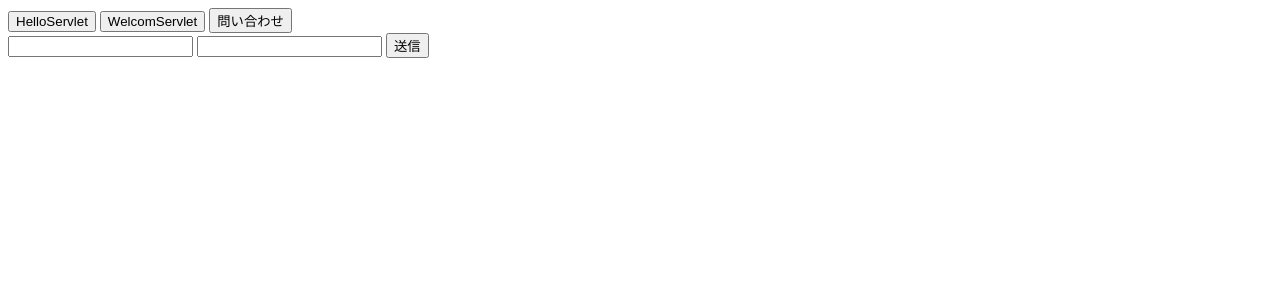
Repository: cha-git/test
Page: http://localhost/HelloServlet/
The author's editor kept a copy of each file at every save. The page is drawn from the files as they stood at one save, then again after the next save.
The browser window is 1280 px wide. The pictures show the whole page.
The page is served by Tomcat 9.

Above is the page before, as saved 2018-12-05 11:13:46.

After the next save:
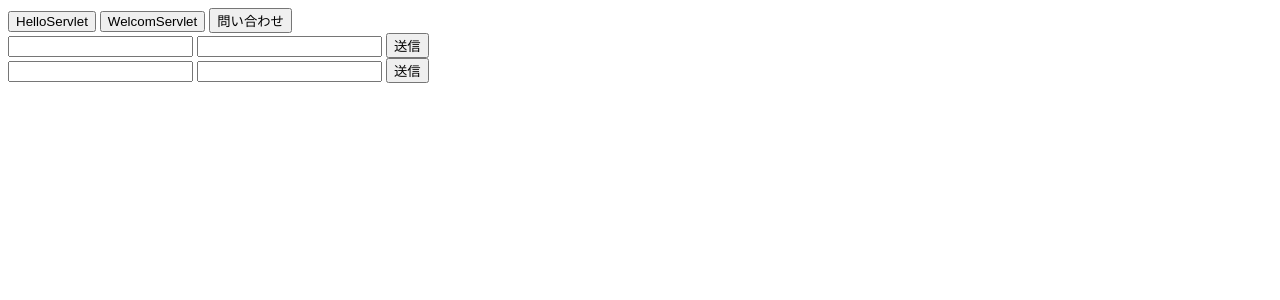
Saved 87 s later.
--- a/HelloServlet/WebContent/index.jsp
+++ b/HelloServlet/WebContent/index.jsp
@@ -17,5 +17,10 @@
 		<input type="submit" value="送信">
 	</form>
 	<!-- POST通信 -->
+	<form method="post" action="TestServlet">
+		<input type="text" name="username">
+		<input type="password" name="password">
+		<input type="submit" value="送信">
+	</form>
 </body>
 </html>
